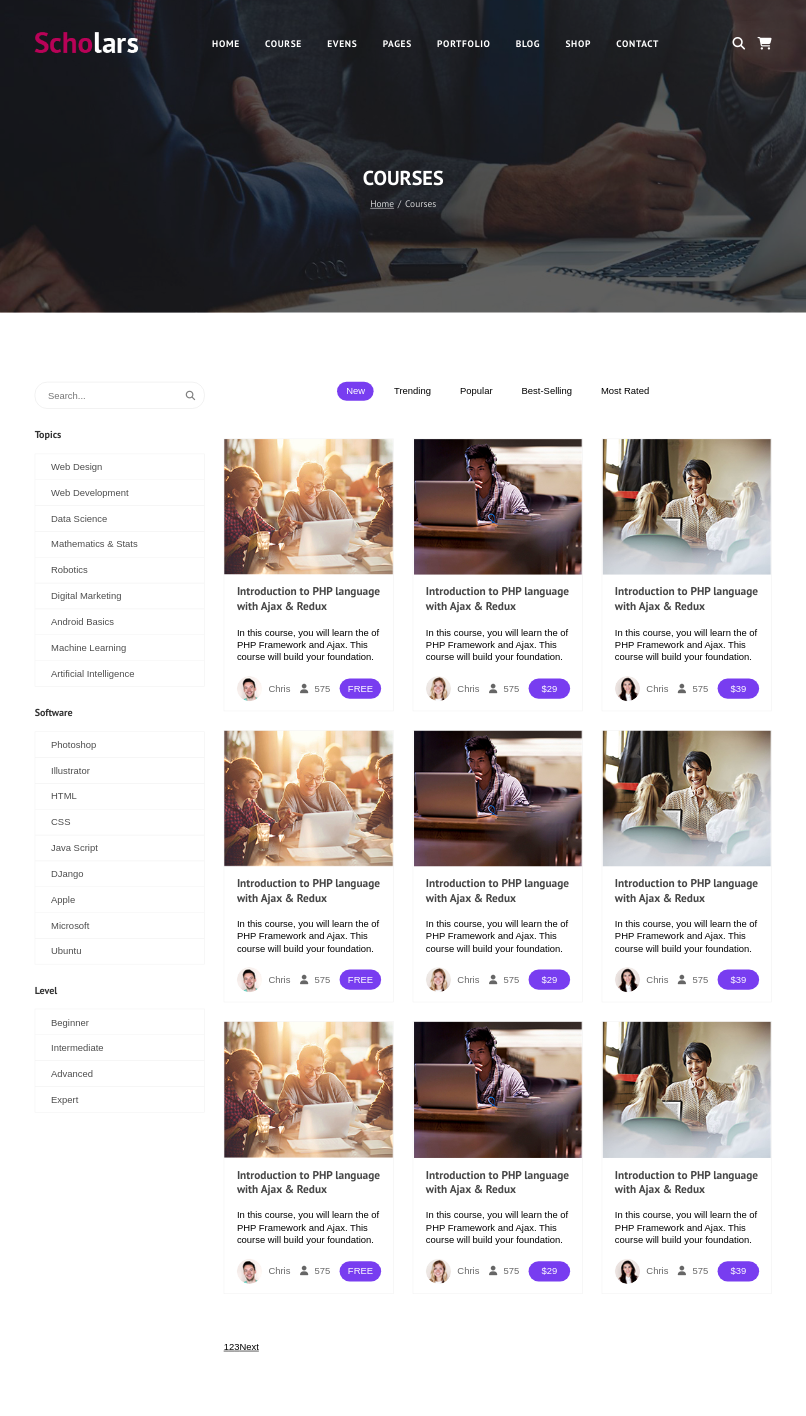
Repository: lannguyen1301/f8-zoom-day-7
Page: index.html
The author's editor kept a copy of each file at every save. The page is drawn from the files as they stood at one save, then again after the next save.
The browser window is 1280 px wide. The pictures show the whole page, at 63% of full size.
Some web fonts or font styles are not loaded; a fallback is used.

Above is the page before, as saved 2025-04-25 21:21:22.

After the next save:
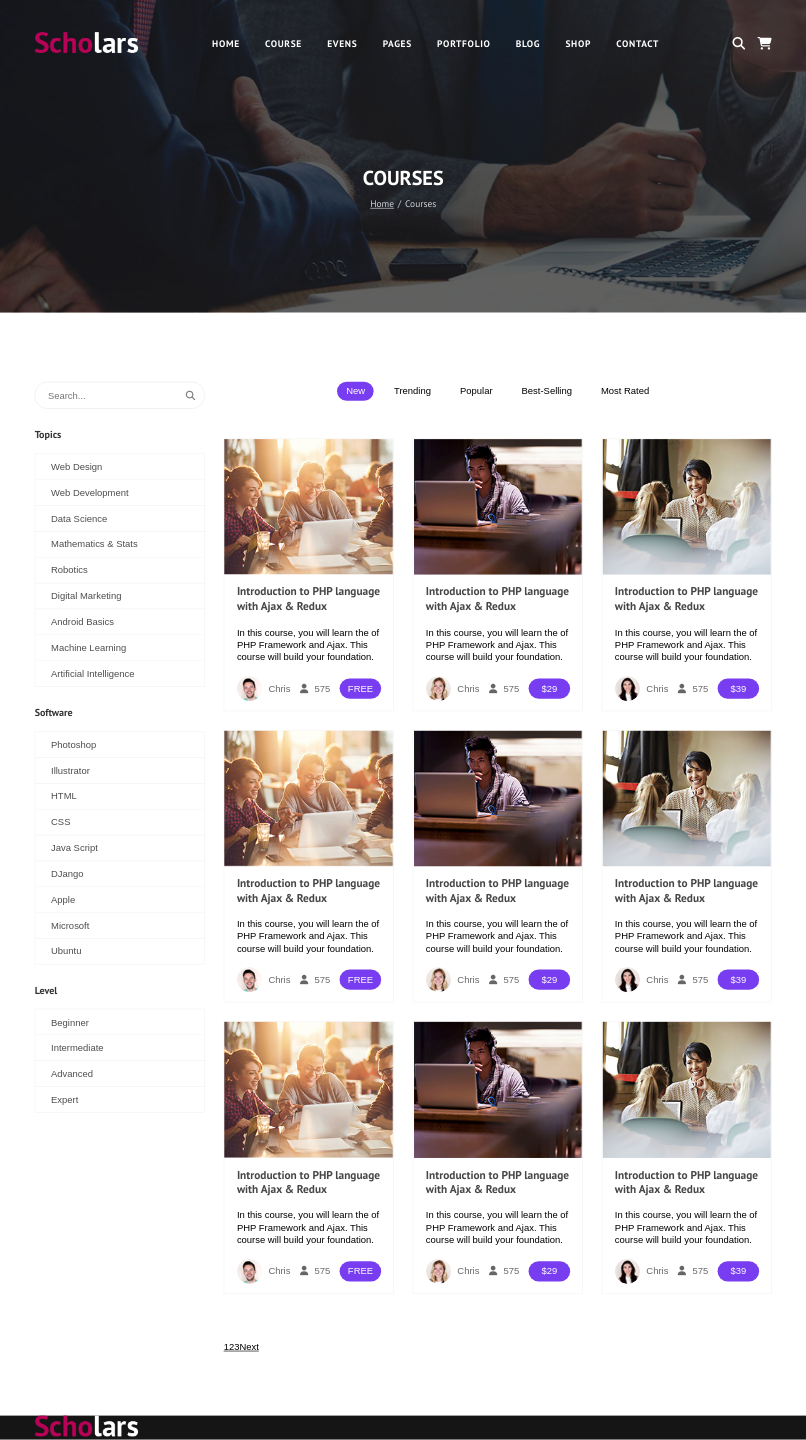
Saved 63 s later.
--- a/index.html
+++ b/index.html
@@ -516,7 +516,9 @@
                 <div class="container">
                     <div class="footer-wrapper">
                         <div class="footer-lefft">
-
+                            <a href="#!">
+                                <img src="./assets/img/logo/logo.png" alt="" class="footer-logo">
+                            </a>
                         </div>
                         <div class="footer-mid">
 
